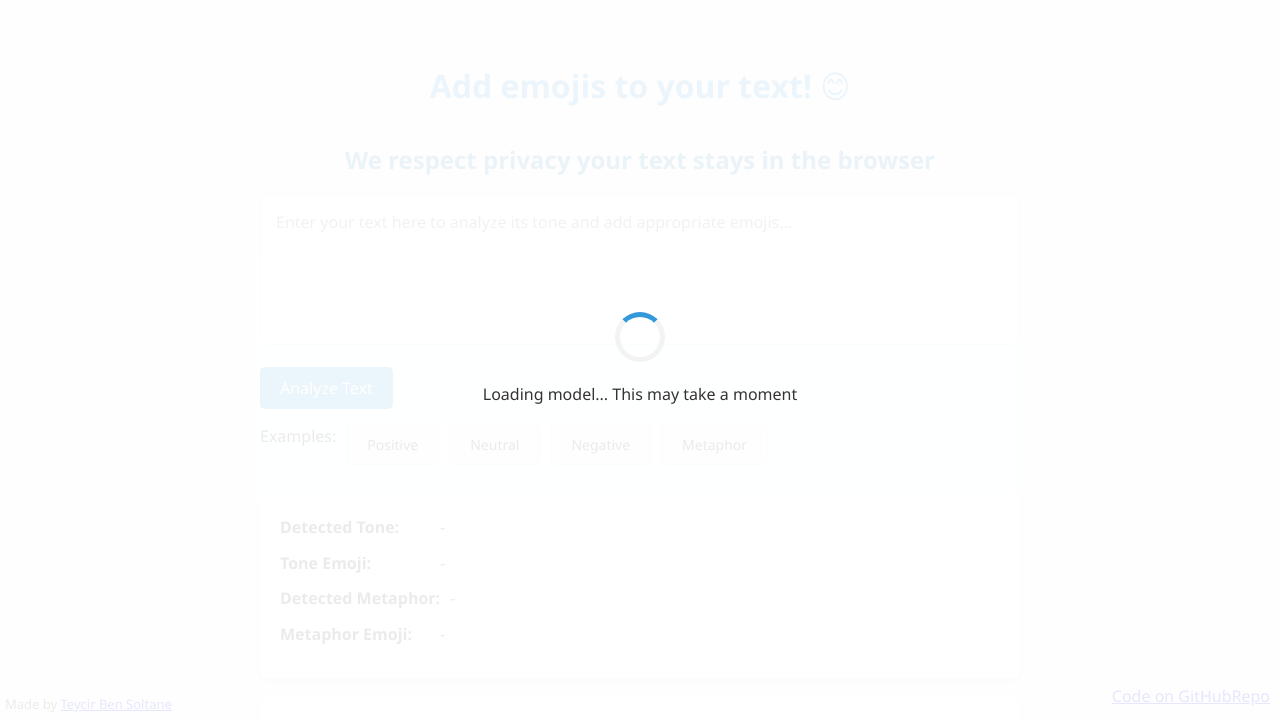
Repository: Teycir/emojiadder
Page: index.html
The author's editor kept a copy of each file at every save. The page is drawn from the files as they stood at one save, then again after the next save.
The browser window is 1280 px wide. The pictures show the window.
A layer covers the whole window, so only the first screen is drawn.

Above is the page before, as saved 2025-03-23 11:57:04.

### index.html
<!DOCTYPE html>
<html lang="en">
<head>
    <meta charset="UTF-8">
    <meta name="viewport" content="width=device-width, initial-scale=1.0">
    <title>Text Tone Detector</title>
    <link rel="stylesheet" href="styles.css">
</head>
<body>
    <div class="container">
        <h1>Add emojis to your text! 😊</h1>

        <center> <h2>We respect privacy your text stays in the browser</h2></center>
                <div class="input-section">
            <textarea id="text-input" placeholder="Enter your text here to analyze its tone and add appropriate emojis..."></textarea>
            <button id="analyze-btn">Analyze Text</button>
            <div class="examples">
                <p>Examples:</p>
                <button class="example-btn" data-text="I'm so happy with the results! This is amazing.">Positive</button>
                <button class="example-btn" data-text="This is just okay, nothing special.">Neutral</button>
                <button class="example-btn" data-text="I'm really disappointed with this service.">Negative</button>
                <button class="example-btn" data-text="The journey to success is like climbing a mountain.">Metaphor</button>
            </div>
        </div>

        <div class="result-section">
            <div class="result-card">
                <div class="result-item">
                    <div class="label">Detected Tone:</div>
                    <div id="tone-result" class="value">-</div>
                </div>
                <div class="result-item">
                    <div class="label">Tone Emoji:</div>
                    <div id="tone-emoji" class="value">-</div>
                </div>
                <div class="result-item">
                    <div class="label">Detected Metaphor:</div>
                    <div id="metaphor-result" class="value">-</div>
                </div>
                <div class="result-item">
                    <div class="label">Metaphor Emoji:</div>
                    <div id="metaphor-emoji" class="value">-</div>
                </div>
            </div>
            <div class="enhanced-text-card">
                <h2>Enhanced Text</h2>
                <div id="enhanced-text-result">-</div>
            </div>
        </div>

        <div class="loader-container" id="loader">
            <div class="loader"></div>
            <p>Loading model... This may take a moment</p>
        </div>
    </div>

    <!-- Note the type="module" to use ES modules (modules are deferred by default) -->
    <script type="module" src="./script.js"></script>
<div style="position: fixed; bottom: 0; left: 0; font-size: small; margin: 5px;">
  Made by <a href="https://www.teycirbensoltane.tn">Teycir Ben Soltane</a>
</div>
<a href="https://github.com/Teycir/emojiadder" style="position: fixed; bottom: 10px; right: 10px;">Code on GitHubRepo</a>
</body>
</html>

### styles.css
* {
    margin: 0;
    padding: 0;
    box-sizing: border-box;
    font-family: 'Segoe UI', Tahoma, Geneva, Verdana, sans-serif;
}

body {
    background-color: #f5f7fa;
    color: #333;
    line-height: 1.6;
}

.container {
    max-width: 800px;
    margin: 40px auto;
    padding: 20px;
}

h1 {
    text-align: center;
    margin-bottom: 30px;
    color: #3498db;
}

h2 {
    color: #2980b9;
    margin-bottom: 15px;
}

.input-section {
    margin-bottom: 30px;
}

textarea {
    width: 100%;
    height: 150px;
    padding: 15px;
    border: 1px solid #ddd;
    border-radius: 8px;
    resize: none;
    font-size: 16px;
    margin-bottom: 15px;
    transition: border 0.3s;
}

textarea:focus {
    outline: none;
    border-color: #3498db;
}

button {
    background-color: #3498db;
    color: white;
    border: none;
    padding: 10px 20px;
    border-radius: 5px;
    cursor: pointer;
    font-size: 16px;
    transition: background-color 0.3s;
}

button:hover {
    background-color: #2980b9;
}

button:disabled {
    background-color: #95a5a6;
    cursor: not-allowed;
}

.result-section {
    display: flex;
    flex-direction: column;
    gap: 20px;
    margin-bottom: 30px;
}

.result-card, .enhanced-text-card {
    background-color: white;
    border-radius: 8px;
    padding: 20px;
    box-shadow: 0 4px 6px rgba(0, 0, 0, 0.1);
}

.result-item {
    margin-bottom: 10px;
    display: flex;
    align-items: center;
}

.label {
    font-weight: bold;
    margin-right: 10px;
    min-width: 150px;
}

#enhanced-text-result {
    padding: 15px;
    background-color: #f9f9f9;
    border-radius: 5px;
    font-size: 18px;
    min-height: 60px;
    line-height: 1.5;
}

.examples-section {
    margin-top: 30px;
}

.examples {
    display: flex;
    flex-wrap: wrap;
    gap: 10px;
    margin-top: 15px;
}

.example-btn {
    background-color: #f0f0f0;
    color: #333;
    border: 1px solid #ddd;
    font-size: 14px;
}

.example-btn:hover {
    background-color: #e0e0e0;
}

/* Tone colors */
.positive {
    color: #27ae60;
}

.neutral {
    color: #f39c12;
}

.negative {
    color: #e74c3c;
}

/* Loader Styles */
.loader-container {
    position: fixed;
    top: 0;
    left: 0;
    width: 100%;
    height: 100%;
    background-color: rgba(255, 255, 255, 0.9);
    display: flex;
    flex-direction: column;
    justify-content: center;
    align-items: center;
    z-index: 1000;
}

.loader {
    border: 5px solid #f3f3f3;
    border-top: 5px solid #3498db;
    border-radius: 50%;
    width: 50px;
    height: 50px;
    animation: spin 1s linear infinite;
    margin-bottom: 20px;
}

@keyframes spin {
    0% { transform: rotate(0deg); }
    100% { transform: rotate(360deg); }
}

/* Responsive design */
@media (max-width: 600px) {
    .container {
        padding: 15px;
        margin: 20px auto;
    }

    .result-item {
        flex-direction: column;
        align-items: flex-start;
    }

    .label {
        margin-bottom: 5px;
    }

    .examples {
        flex-direction: column;
    }
}

### script.js
import TextToneDetector from './TextToneDetector.js';

// DOM event listeners
document.addEventListener('DOMContentLoaded', () => {
  console.log('DOM content loaded, initializing application');

  // DOM elements
  const textInput = document.getElementById('text-input');
  const analyzeBtn = document.getElementById('analyze-btn');
  const toneResult = document.getElementById('tone-result');
  const toneEmoji = document.getElementById('tone-emoji');
  const metaphorResult = document.getElementById('metaphor-result');
  const metaphorEmoji = document.getElementById('metaphor-emoji');
  const enhancedTextResult = document.getElementById('enhanced-text-result');
  const exampleBtns = document.querySelectorAll('.example-btn');
  const loader = document.getElementById('loader');

  // Disable analyze button until model loads
  analyzeBtn.disabled = true;

  // Make sure the loader is visible
  loader.style.display = 'flex';

  // Create detector instance
  console.log('Creating TextToneDetector instance');
  const toneDetector = new TextToneDetector();

  // Add event listener to limit textarea to 400 lines and alert if exceeded
  textInput.addEventListener('input', function() {
    const lines = this.value.split('\n');
    if (lines.length > 400) {
      alert("400 max lines allowed!");
      this.value = lines.slice(0, 400).join('\n');
    }
  });

  // Analyze text function
  async function analyzeText() {
    const text = textInput.value.trim();

    if (!text) {
      alert('Please enter some text to analyze.');
      return;
    }

    // Show loading indicator
    analyzeBtn.disabled = true;
    analyzeBtn.textContent = 'Analyzing...';

    try {
      const result = await toneDetector.analyze(text);

      // Display results
      toneResult.textContent = result.tone.charAt(0).toUpperCase() + result.tone.slice(1);
      toneResult.className = result.tone;

      toneEmoji.textContent = result.toneEmoji || 'None';

      metaphorResult.textContent = result.metaphor
        ? result.metaphor.charAt(0).toUpperCase() + result.metaphor.slice(1)
        : 'None detected';

      metaphorEmoji.textContent = result.metaphorEmoji || 'None';

      enhancedTextResult.textContent = result.enhancedText;
    } catch (error) {
      console.error('Error in analysis:', error);
      enhancedTextResult.textContent = 'An error occurred during analysis. Please try again.';
    } finally {
      // Reset button
      analyzeBtn.disabled = false;
      analyzeBtn.textContent = 'Analyze Text';
    }
  }

  // Event listeners
  analyzeBtn.addEventListener('click', analyzeText);

  textInput.addEventListener('keydown', function(e) {
    if (e.key === 'Enter' && e.ctrlKey) {
      analyzeText();
    }
  });

  // Example buttons
  exampleBtns.forEach(btn => {
    btn.addEventListener('click', function() {
      const exampleText = this.getAttribute('data-text');
      textInput.value = exampleText;
      analyzeText();
    });
  });

  // Initial instructions
  enhancedTextResult.textContent = 'Enter text and click "Analyze Text" to see the enhanced result with emojis.';
});

### TextToneDetector.js
import SentimentModel from './models/SentimentModel.js';
import MetaphorUtils from './utils/MetaphorUtils.js';
import EmojiUtils from './utils/EmojiUtils.js';

/**
 * Main class for text tone detection
 */
class TextToneDetector {
  constructor() {
    console.log('TextToneDetector constructor called');

    // Initialize components
    this.sentimentModel = new SentimentModel();
    this.metaphorUtils = new MetaphorUtils();
    this.emojiUtils = new EmojiUtils();

    // Model loading status
    this.isModelLoaded = false;

    // Initialize model
    this.initializeModel();
  }

  async initializeModel() {
    try {
      console.log('TextToneDetector: Initializing sentiment model');
      await this.sentimentModel.initialize();
      this.isModelLoaded = true;

      console.log('TextToneDetector: Model loaded successfully');

      // Hide loader when model is loaded
      const loader = document.getElementById('loader');
      if (loader) {
        loader.style.display = 'none';
        console.log('Loader hidden');
      } else {
        console.warn('Loader element not found');
      }

      // Enable analyze button
      const analyzeBtn = document.getElementById('analyze-btn');
      if (analyzeBtn) {
        analyzeBtn.disabled = false;
        console.log('Analyze button enabled');
      } else {
        console.warn('Analyze button not found');
      }
    } catch (error) {
      console.error('Error initializing model:', error);

      // Show error in the UI
      const loader = document.getElementById('loader');
      if (loader) {
        loader.innerHTML = `
          <div class="error">
            <p>Error loading model: ${error.message}</p>
            <p>Please refresh the page to try again.</p>
          </div>
        `;
      }
    }
  }

  // Analyze text and return tone with emojis
  async analyze(text) {
    if (!this.isModelLoaded) {
      return {
        originalText: text,
        tone: 'unknown',
        toneEmoji: '',
        metaphor: null,
        metaphorEmoji: '',
        enhancedText: text
      };
    }

    try {
      // Split text into paragraphs
      const paragraphs = text.split(/\n+/);
      let enhancedParagraphs = [];

      for (const paragraph of paragraphs) {
        if (!paragraph.trim()) {
          enhancedParagraphs.push('');
          continue;
        }

        // Split paragraph into sentences
        // This regex matches sentence endings: period, question mark, or exclamation mark followed by a space or end of string
        const sentences = paragraph.match(/[^.!?]+[.!?]+(\s|$)/g) || [paragraph];
        let enhancedParagraph = '';

        for (const sentence of sentences) {
          // Get sentiment from model for each sentence
          const sentimentOutput = await this.sentimentModel.analyze(sentence);

          // Determine tone based on model output
          let tone;
          if (sentimentOutput.label === 'POSITIVE') {
            tone = 'positive';
          } else if (sentimentOutput.label === 'NEGATIVE') {
            tone = 'negative';
          } else {
            tone = 'neutral';
          }

          // Find metaphors in sentence
          const words = sentence.toLowerCase().split(/\s+/);
          const metaphor = this.metaphorUtils.findMetaphor(words);

          // Get emojis for tone and metaphor
          const toneEmoji = this.emojiUtils.getToneEmoji(tone);
          const metaphorEmoji = this.emojiUtils.getMetaphorEmoji(metaphor);

          // Add emoji after the sentence's ending punctuation but before any trailing space
          const emojiString = `${toneEmoji} ${metaphorEmoji}`.trim();
          // This regex captures the end punctuation and any trailing space
          const enhancedSentence = sentence.replace(/([.!?]+)(\s|$)/, `$1 ${emojiString}$2`);
          enhancedParagraph += enhancedSentence;
        }

        enhancedParagraphs.push(enhancedParagraph);
      }

      const enhancedText = enhancedParagraphs.join('\n');

      // For the overall tone and metaphor, analyze the complete text
      const overallSentimentOutput = await this.sentimentModel.analyze(text);
      let overallTone;
      if (overallSentimentOutput.label === 'POSITIVE') {
        overallTone = 'positive';
      } else if (overallSentimentOutput.label === 'NEGATIVE') {
        overallTone = 'negative';
      } else {
        overallTone = 'neutral';
      }

      const words = text.toLowerCase().split(/\s+/);
      const overallMetaphor = this.metaphorUtils.findMetaphor(words);

      const toneEmoji = this.emojiUtils.getToneEmoji(overallTone);
      const metaphorEmoji = this.emojiUtils.getMetaphorEmoji(overallMetaphor);

      return {
        originalText: text,
        tone: overallTone,
        toneEmoji: toneEmoji,
        metaphor: overallMetaphor,
        metaphorEmoji: metaphorEmoji,
        enhancedText: enhancedText
      };
    } catch (error) {
      console.error('Error analyzing text:', error);
      return {
        originalText: text,
        tone: 'error',
        toneEmoji: '❓',
        metaphor: null,
        metaphorEmoji: '',
        enhancedText: text + ' ❓'
      };
    }
  }
}

export default TextToneDetector;

### models/SentimentModel.js
// Import the pipeline directly from the Transformers library
import { pipeline } from 'https://cdn.jsdelivr.net/npm/@xenova/transformers@2.14.0/dist/transformers.min.js';

/**
 * Handles sentiment analysis using Transformers.js
 * Implements caching to avoid reloading the model
 */
class SentimentModel {
  // Static properties for caching
  static instance = null;
  static pipelineInstance = null;
  static isInitializing = false;
  static initPromise = null;

  constructor() {
    this.isLoaded = SentimentModel.pipelineInstance !== null;
    this.pipeline = SentimentModel.pipelineInstance;

    console.log('SentimentModel constructor called, cached:', this.isLoaded);

    // Return existing instance if available
    if (SentimentModel.instance) {
      console.log('Returning cached SentimentModel instance');
      return SentimentModel.instance;
    }

    // Store this instance as the singleton
    SentimentModel.instance = this;
  }

  /**
   * Initialize the sentiment analysis model
   * @returns {Promise} Resolves when model is loaded
   */
  async initialize() {
    // If model is already loaded, return immediately
    if (this.isLoaded) {
      console.log('Model already loaded, using cached instance');
      return Promise.resolve(true);
    }

    // If initialization is in progress, return the existing promise
    if (SentimentModel.isInitializing) {
      console.log('Model initialization already in progress, waiting...');
      return SentimentModel.initPromise;
    }

    // Create a new initialization promise
    SentimentModel.isInitializing = true;
    SentimentModel.initPromise = new Promise(async (resolve, reject) => {
      try {
        console.log('Starting to initialize sentiment model');

        try {
          console.log('Initializing sentiment model');

          // Initialize the sentiment analysis pipeline
          console.log('Loading sentiment analysis model...');
          SentimentModel.pipelineInstance = await pipeline('sentiment-analysis', 'Xenova/distilbert-base-uncased-finetuned-sst-2-english');
          console.log('Sentiment analysis model loaded successfully');

          // Update instance properties
          this.pipeline = SentimentModel.pipelineInstance;
          this.isLoaded = true;

          resolve(true);
        } catch (innerError) {
          console.error('Error in Transformers initialization:', innerError);
          SentimentModel.isInitializing = false;
          reject(innerError);
        }
      } catch (error) {
        console.error('Error initializing model:', error);
        SentimentModel.isInitializing = false;
        reject(error);
      }
    });

    return SentimentModel.initPromise;
  }

  /**
   * Analyze text sentiment
   * @param {string} text - Text to analyze
   * @returns {Object} Sentiment result
   */
  async analyze(text) {
    if (!this.isLoaded) {
      throw new Error('Model not loaded yet');
    }

    try {
      const result = await this.pipeline(text);
      return result[0];
    } catch (error) {
      console.error('Error in sentiment analysis:', error);
      throw error;
    }
  }
}

export default SentimentModel;

### utils/EmojiUtils.js
/**
 * Provides emoji-related functionality
 */
class EmojiUtils {
    constructor() {
      // Metaphor emoji mappings
      this.metaphorEmojis = {
        speed: ['🚀', '⚡', '💨', '🏃‍♂️'],
        strength: ['💪', '🦾', '🦁', '🐂'],
        growth: ['🌱', '🌳', '📈', '⬆️'],
        time: ['⏰', '⌛', '🕒', '📅'],
        money: ['💰', '💵', '💸', '💲'],
        success: ['🏆', '🥇', '🎖️', '🔝'],
        failure: ['👎', '📉', '❌', '💥'],
        idea: ['💡', '✨', '🧠', '🤔'],
        communication: ['💬', '📣', '📱', '✉️'],
        love: ['❤️', '💕', '💘', '🌹'],
        journey: ['🛣️', '🧭', '🧳', '🚶‍♂️'],
        competition: ['🏁', '🥊', '⚔️', '🎯'],
        health: ['🏥', '💊', '🩺', '🫀'],
        technology: ['📱', '💻', '🤖', '⚙️'],
        education: ['📚', '🎓', '✏️', '🧮'],
        nature: ['🌿', '🌳', '🌊', '🏔️'],
        celebration: ['🎉', '🎊', '🥂', '🎈']
      };

      // Tone emoji mappings
      this.toneEmojis = {
        positive: ['😊', '😄', '🥰', '✨', '👍', '🙌'],
        neutral: ['😐', '🤔', '🧐', '📝', '🔍', '💭'],
        negative: ['😔', '😢', '😞', '😠', '👎', '💔']
      };
    }

    /**
     * Get random emoji from a list
     * @param {Array} emojiList - List of emojis to choose from
     * @returns {string} - Random emoji
     */
    getRandomEmoji(emojiList) {
      if (!emojiList || emojiList.length === 0) {
        return '';
      }
      const randomIndex = Math.floor(Math.random() * emojiList.length);
      return emojiList[randomIndex];
    }

    /**
     * Get emoji for a tone
     * @param {string} tone - Tone to get emoji for
     * @returns {string} - Emoji
     */
    getToneEmoji(tone) {
      return this.getRandomEmoji(this.toneEmojis[tone] || []);
    }

    /**
     * Get emoji for a metaphor
     * @param {string} metaphor - Metaphor to get emoji for
     * @returns {string} - Emoji
     */
    getMetaphorEmoji(metaphor) {
      return metaphor ? this.getRandomEmoji(this.metaphorEmojis[metaphor] || []) : '';
    }
  }

  export default EmojiUtils;

Loaded but not shown: utils/MetaphorUtils.js (330 lines, source omitted)

After the next save:
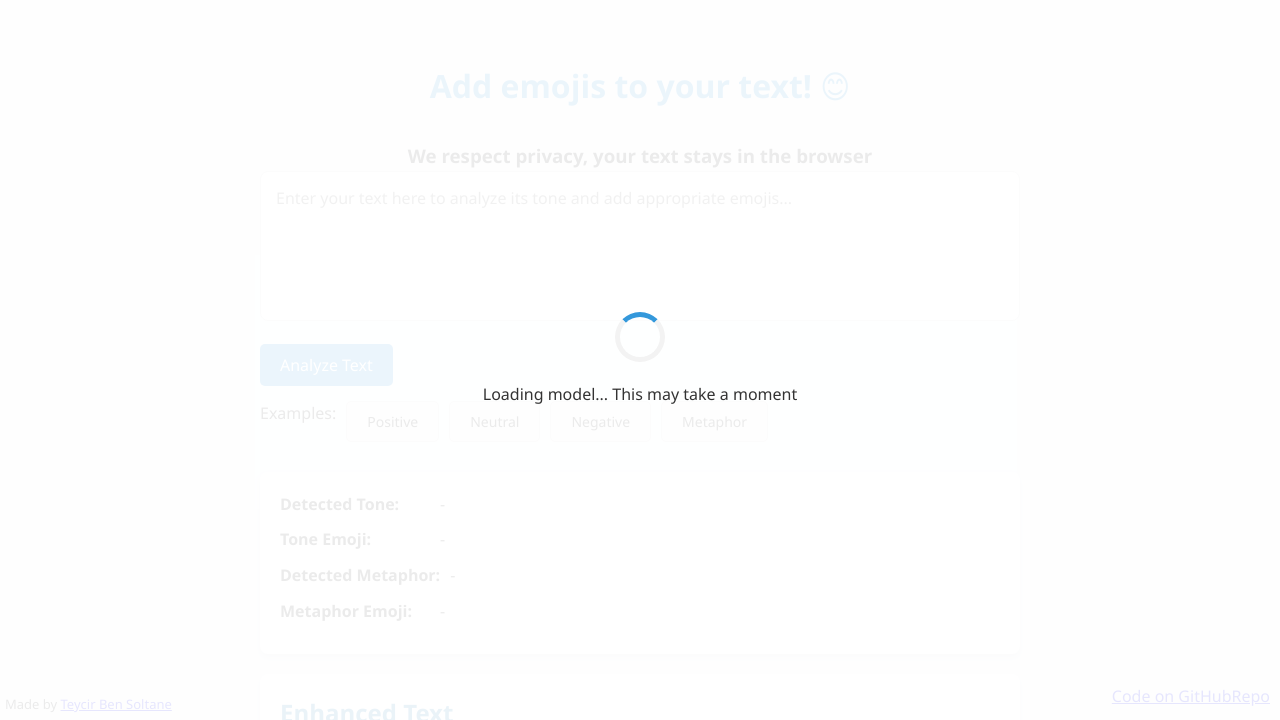
Saved 48 s later.
--- a/index.html
+++ b/index.html
@@ -10,7 +10,7 @@
     <div class="container">
         <h1>Add emojis to your text! 😊</h1>
 
-        <center> <h2>We respect privacy your text stays in the browser</h2></center>
+        <center> <h3>We respect privacy, your text stays in the browser</h3></center>
                 <div class="input-section">
             <textarea id="text-input" placeholder="Enter your text here to analyze its tone and add appropriate emojis..."></textarea>
             <button id="analyze-btn">Analyze Text</button>
